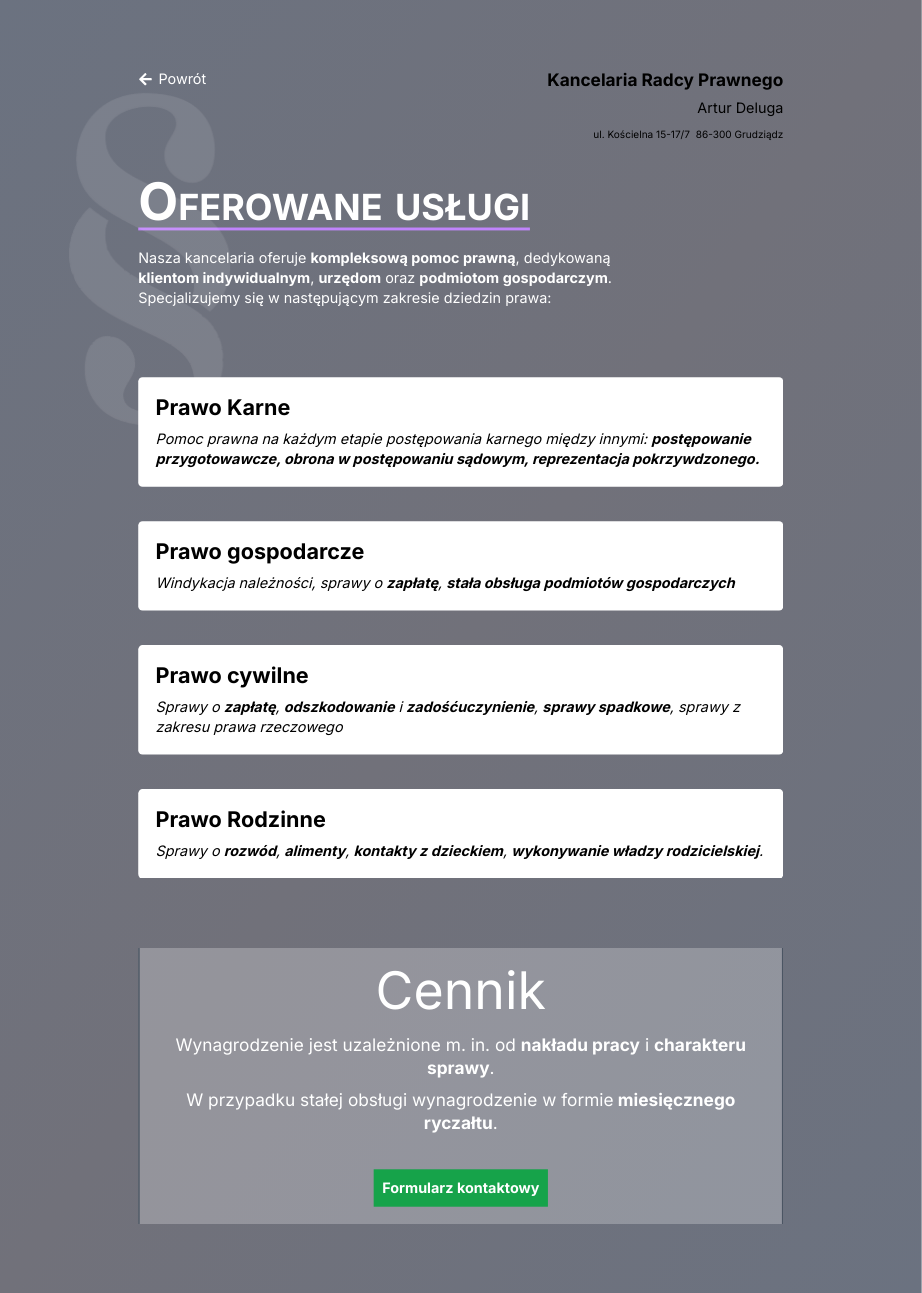
Repository: wesiudev/kancelaria-artur-deluga
Page: /oferta
An editor plug-in stored every save of this project. The page is shown before and after the next save, followed by the edit.
The browser window is 1280 px wide. The pictures show the whole page, at 72% of full size.
The project was rebuilt for these pictures with package versions that can differ from the ones it lists, and the page was loaded fresh each time. The framework's server and built-in components were replaced by stand-ins that run in the browser. Also part of the build but not shown: next.config.js.

Above is the page before, as saved 2023-08-09 16:51:30.

### app/layout.tsx
import "./globals.css";
import type { Metadata } from "next";
import { Inter } from "next/font/google";

const inter = Inter({ subsets: ["latin"] });

export const metadata: Metadata = {
  title: "Kancelaria Radcy Prawnego Artur Deluga",
  description:
    "Kancelaria Radcy Prawnego Grudziądz Prawo Karne, Pracwo cywilne, Prawo gospodarcze, Prawo Rodzinne. ul. Kościelna 15-17/7 86-300 Grudziądz. Pomoc prawna na każdym etapie postępowania karnego (postępowanie przygotowawcze, obrona w postępowaniu sądowym, reprezentacja pokrzywdzonego, etc.)",
  viewport: "width=device-width, initial-scale=1",
  icons: {
    icon: "/favicon.png",
  },
};

export default function RootLayout({
  children,
}: {
  children: React.ReactNode;
}) {
  return (
    <html lang="pl" className="scroll-smooth ">
      <body className={inter.className}>{children}</body>
    </html>
  );
}

### app/oferta/page.tsx
"use client";
import Image from "next/image";
import paragraphImage from "@/app/assets/paragraph.png";
import Link from "next/link";
import { FaArrowLeft } from "react-icons/fa";
import { useState } from "react";
const sendContactForm = async (data: any) =>
  fetch("/api/mail", {
    method: "POST",
    body: JSON.stringify(data),
    headers: { "Content-Type": "application/json", Accept: "application/json" },
  }).then((res) => {
    if (!res.ok) throw new Error("Failed to send message");
    return res.json();
  });

export default function OfferMobile() {
  const [isContactOpen, setContactOpen] = useState(false);
  const [firstName, setFirstName] = useState<string>("");
  const [email, setEmail] = useState<string>("");
  const [message, setMessage] = useState<string>("");

  const onSubmit = async () => {
    try {
      await sendContactForm({
        firstName: firstName,
        email: email,
        message: message,
      });
    } catch (error) {}
  };
  return (
    <div className="w-full mx-auto z-[2000] bg-gradient-to-br from-gray-500 via-zinc-500 to-gray-500 overflow-x-hidden text-black">
      <Image
        src={paragraphImage}
        alt="Paragraf obrazek w tle"
        width={224}
        height={224}
        className="fixed opacity-10 left-[50%] -translate-x-[50%] lg:-translate-x-0 lg:left-24 top-[50%] -translate-y-[50%]"
      />
      <div className="flex flex-col space-x-[100px] min-h-screen items-center py-24">
        <div className="flex flex-col w-[85vw] lg:w-[70vw] 2xl:w-[60vw] min-h-screen justify-center ">
          <div className="flex flex-col justify-between w-full">
            <div className="flex flex-row justify-between">
              <div className="w-1/2">
                <Link
                  className="group flex flex-row items-center mb-12 text-xl w-max text-white"
                  href="/"
                >
                  <FaArrowLeft className="mr-2 " />
                  <span className="hover:underline hover:underline-offset-4">
                    {" "}
                    Powrót
                  </span>
                </Link>
              </div>
              <div>
                <h1 className="text-xl lg:text-2xl text-right sm:text-left font-bold">
                  Kancelaria Radcy Prawnego
                </h1>
                <div className="w-full flex justify-end">
                  <h2 className="text-xl mb-12 lg:mb-0 mt-2">Artur Deluga</h2>
                </div>
                <div
                  className={` flex-row space-x-2 text-sm justify-end mt-3 mb-12 hidden lg:flex`}
                >
                  <div>ul. Kościelna 15-17/7</div>
                  <div>86-300 Grudziądz</div>
                </div>
              </div>
            </div>

            <div className=" rounded-2xl  text-white">
              <div className="w-max">
                <h1 className="w-max text-4xl md:text-5xl lg:text-7xl text-white caps font-bold">
                  Oferowane usługi
                </h1>
                <div className="h-1 w-full mb-6 bg-purple-400" />
              </div>

              <h2 className="text-left text-xl w-full lg:w-3/4 ">
                Nasza kancelaria oferuje{" "}
                <span className="font-bold"> kompleksową pomoc prawną</span>,
                dedykowaną{" "}
                <span className="font-bold">klientom indywidualnym</span>,{" "}
                <span className="font-bold">urzędom</span> oraz{" "}
                <span className="font-bold">podmiotom gospodarczym</span>.
                Specjalizujemy się w następującym zakresie dziedzin prawa:
              </h2>
            </div>
          </div>
          <div className="relative text-black flex flex-col space-y-12 mt-24">
            <div className="max-h-[50vh] border-0 hover:scale-105 duration-300 hover:bg-opacity-100 cursor-default  rounded-md bg-white  flex flex-col p-6 justify-between">
              <h1 className="text-xl lg:text-3xl font-bold">Prawo Karne</h1>
              <p className="text-sm sm:text-xl mt-3 italic">
                Pomoc prawna na każdym etapie postępowania karnego między
                innymi:{" "}
                <span className="font-bold">
                  postępowanie przygotowawcze, obrona w postępowaniu sądowym,
                  reprezentacja pokrzywdzonego.
                </span>
              </p>
            </div>
            <div className="max-h-[50vh] border-0 hover:scale-105 duration-300 hover:bg-opacity-100 cursor-default  rounded-md bg-white  flex flex-col justify-between p-6">
              <h1 className="text-xl lg:text-3xl font-bold">
                Prawo gospodarcze
              </h1>
              <p className="text-sm sm:text-xl mt-3 italic">
                Windykacja należności, sprawy o{" "}
                <span className="font-bold">zapłatę</span>,{" "}
                <span className="font-bold">
                  stała obsługa podmiotów gospodarczych
                </span>
              </p>
            </div>

            <div className="max-h-[50vh] border-0 hover:scale-105 duration-300 hover:bg-opacity-100 cursor-default rounded-md bg-white  flex flex-col p-6 justify-between">
              <h1 className="text-xl lg:text-3xl font-bold">Prawo cywilne</h1>
              <p className="text-sm sm:text-xl mt-3 italic">
                Sprawy o <span className="font-bold">zapłatę</span>,{" "}
                <span className="font-bold">odszkodowanie</span> i{" "}
                <span className="font-bold">zadośćuczynienie</span>,{" "}
                <span className="font-bold">sprawy spadkowe</span>, sprawy z
                zakresu prawa rzeczowego
              </p>
            </div>
            <div className="max-h-[50vh] border-0 hover:scale-105 duration-300 hover:bg-opacity-100 cursor-default rounded-md  bg-white  flex flex-col p-6 justify-between">
              <h1 className="text-xl lg:text-3xl font-bold">Prawo Rodzinne</h1>
              <p className="text-sm sm:text-xl mt-3 italic">
                Sprawy o <span className="font-bold">rozwód</span>,{" "}
                <span className="font-bold">alimenty</span>,{" "}
                <span className="font-bold">kontakty z dzieckiem</span>,{" "}
                <span className="font-bold">
                  wykonywanie władzy rodzicielskiej
                </span>
                .
              </p>
            </div>
          </div>
          <div className="text-white flex flex-col h-max my-auto px-3 lg:px-12  text-center relative w-full mt-12  lg:mx-auto lg:mt-24 border-l-2 border-r-2 border-gray-600 py-3 lg:py-6 bg-white bg-opacity-25">
            <h1 className="text-5xl lg:text-7xl ">Cennik</h1>
            <p className="mt-6 text-base lg:text-2xl">
              Wynagrodzenie jest uzależnione m. in. od{" "}
              <span className="font-bold"> nakładu pracy</span> i{" "}
              <span className="font-bold">charakteru sprawy</span>.
            </p>
            <p className="mt-3 text-sm lg:text-2xl">
              W przypadku stałej obsługi wynagrodzenie w formie
              <span className="font-bold"> miesięcznego ryczałtu</span>.
            </p>
            <button
              onClick={() => setContactOpen(true)}
              className=" p-3 bg-green-600 hover:bg-green-500 duration-300 mt-12 w-max mx-auto  text-xl text-white font-bold"
            >
              Formularz kontaktowy
            </button>
          </div>
          <div
            className={`bg-gray-400 rounded-full flex-row space-x-2 text-sm justify-center mt-24 flex lg:hidden z-[1000]`}
          >
            <div>ul. Kościelna 15-17/7</div>
            <div>86-300 Grudziądz</div>
          </div>
        </div>
      </div>
      <div
        className={`w-[80vw] fixed left-[50%] -translate-x-[50%] top-[50%] -translate-y-[50%] bg-gradient-to-bl from-black to-zinc-800 lg:w-max h-max px-12 rounded-3xl py-6 duration-300 ${
          isContactOpen ? "z-[2000] opacity-100" : "z-[-1000] opacity-0"
        }`}
      >
        <h1 className="text-3xl text-center">Kontakt</h1>

        <div className="flex flex-col space-y-3 mt-6 lg:mt-12">
          <div className="flex flex-col lg:flex-row lg:space-x-3">
            <div className="flex flex-col">
              Imię{" "}
              <input
                onChange={(e) => setFirstName(e.target.value)}
                value={firstName}
                id="fName"
                type="text"
                className="mt-2 text-black"
              />
            </div>
            <div className="flex flex-col mt-3 lg:mt-0">
              Email{" "}
              <input
                onChange={(e) => setEmail(e.target.value)}
                value={email}
                type="text"
                className="mt-2 text-black"
              />
            </div>
          </div>
          <div className="flex flex-col mt-2">
            Treść{" "}
            <textarea
              onChange={(e) => setMessage(e.target.value)}
              value={message}
              className="h-full resize-none text-black"
            ></textarea>
          </div>
        </div>
        <div className="w-full flex space-x-3">
          <button
            onClick={() => setContactOpen(false)}
            className="w-1/2 hover:underline py-2 mt-8"
          >
            Powrót
          </button>
          <button
            onClick={onSubmit}
            className="w-1/2 bg-purple-400 hover:bg-purple-300 duration-300 py-2 mt-8"
          >
            Wyślij
          </button>
        </div>
      </div>
    </div>
  );
}

### app/globals.css
@tailwind base;
@tailwind components;
@tailwind utilities;

:root {
  --foreground-rgb: 0, 0, 0;
  --background-start-rgb: 214, 219, 220;
  --background-end-rgb: 255, 255, 255;
}

@media (prefers-color-scheme: dark) {
  :root {
    --foreground-rgb: 255, 255, 255;
    --background-start-rgb: 0, 0, 0;
    --background-end-rgb: 0, 0, 0;
  }
}

body {
  color: rgb(var(--foreground-rgb));
  background: linear-gradient(
      to bottom,
      transparent,
      rgb(var(--background-end-rgb))
    )
    rgb(var(--background-start-rgb));
}

.expand {
  position: relative;
  text-decoration: none;
  display: inline-block;
}
.expand:after {
  display: block;
  content: "";
  border-bottom: solid 3px white;
  transform: scaleX(0);
  transition: transform 250ms ease-in-out;
  transform-origin: 100% 50%;
}
.expand:hover:after {
  transform: scaleX(1);
  transform-origin: 0 50%;
}

.caps {
  font-variant: small-caps;
}
html {
  scroll-behavior: smooth;
  color: #1a1a1a;
}

Loaded but not shown: tailwind.config.js (common file)

After the next save:
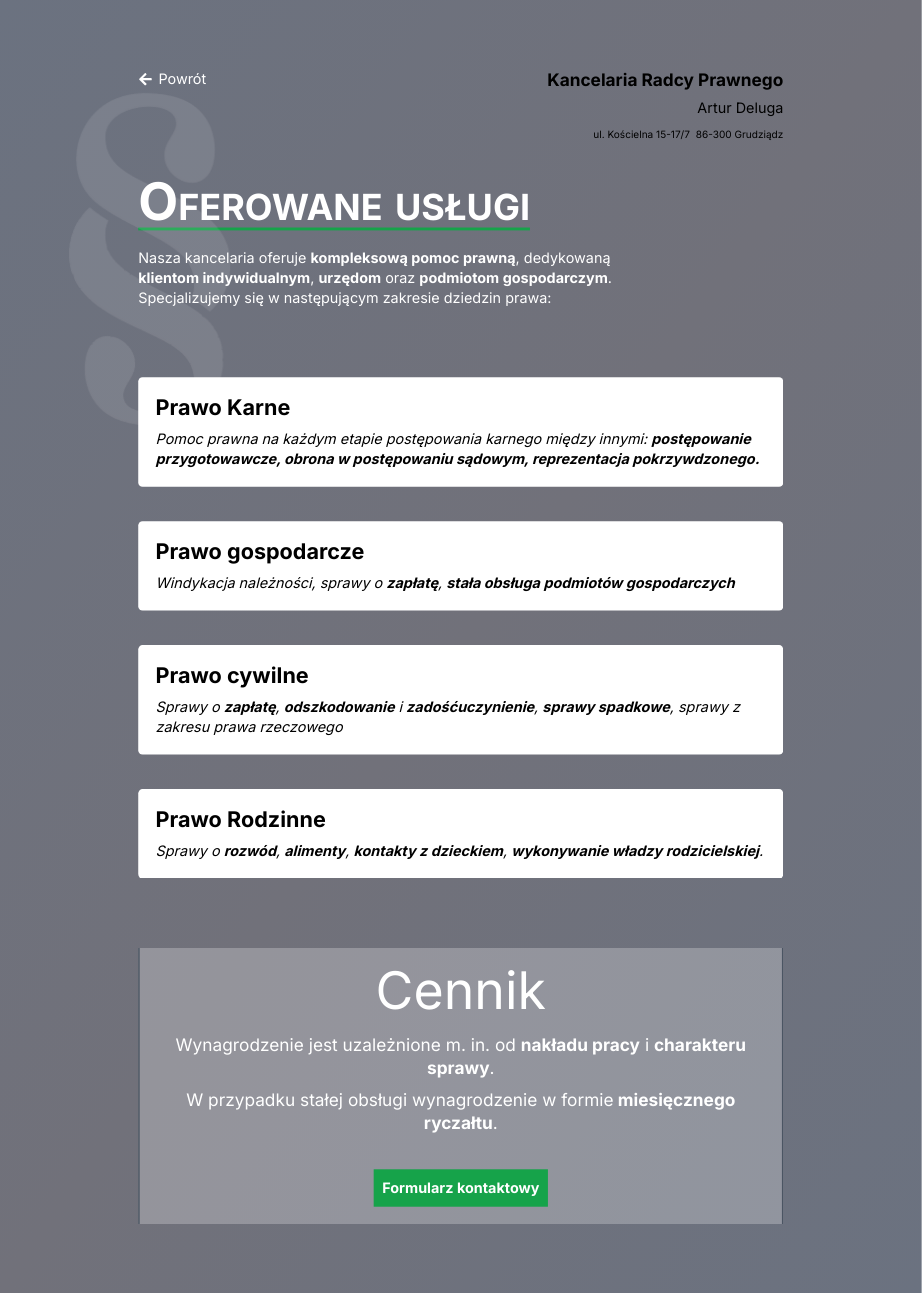
Saved 41 s later.
--- a/app/oferta/page.tsx
+++ b/app/oferta/page.tsx
@@ -75,7 +75,7 @@ export default function OfferMobile() {
                 <h1 className="w-max text-4xl md:text-5xl lg:text-7xl text-white caps font-bold">
                   Oferowane usługi
                 </h1>
-                <div className="h-1 w-full mb-6 bg-purple-400" />
+                <div className="h-1 w-full mb-6 bg-green-600" />
               </div>
 
               <h2 className="text-left text-xl w-full lg:w-3/4 ">
